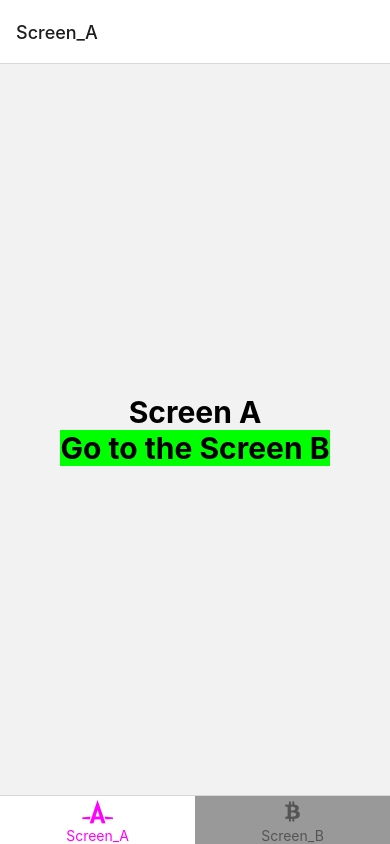
Repository: ntu34543/Navigation
Screen: /
An editor plug-in stored every save of this project. The screen is shown before and after a run of saves, followed by the edit.
The app was drawn by React Native's web renderer in a window 390 px wide. The project was rebuilt for these pictures with package versions that can differ from the ones it lists, and the page was loaded fresh each time. Also part of the build but not shown: component/ScreenB.js.

Above is the screen before, as saved 2022-09-19 22:59:40.

After the next 8 saves:
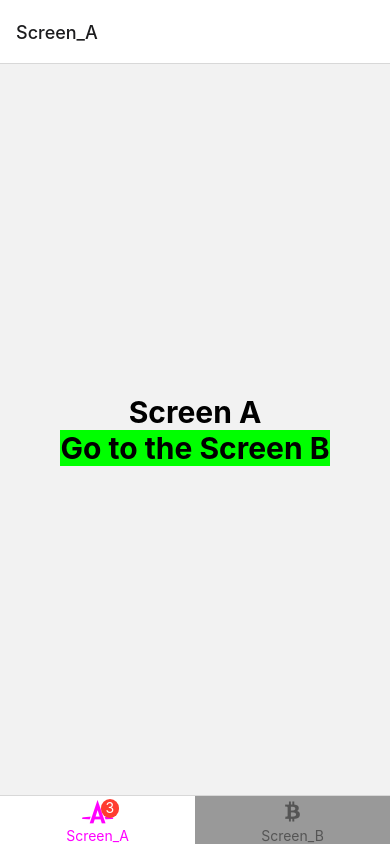
The 8 saves are shown as one change because 1 did not build or start and some came seconds apart.
The last was saved 43 s later.
--- a/App.js
+++ b/App.js
@@ -30,15 +30,19 @@ export default function App() {
             return <FontAwesome5 name={iconName} size={size} color={color} />;
           },
         })}
-        tabBarOptions = {{
-          activeTintColor: '#f0f',
-          inactiveTintColor: '#555',
-          inactiveBackgroundColor: '#999',
+        tabBarOptions={{
+          activeTintColor: "#f0f",
+          inactiveTintColor: "#555",
+          inactiveBackgroundColor: "#999",
           showLabel: true,
           labelStyle: { fontSize: 14 },
         }}
       >
-        <Tab.Screen name="Screen_A" component={ScreenA} />
+        <Tab.Screen
+          name="Screen_A"
+          component={ScreenA}
+          options={{ tabBarBadge: 3 }}
+        />
         {/* options={{header: () => null}} */}
         <Tab.Screen name="Screen_B" component={ScreenB} />
       </Tab.Navigator>
